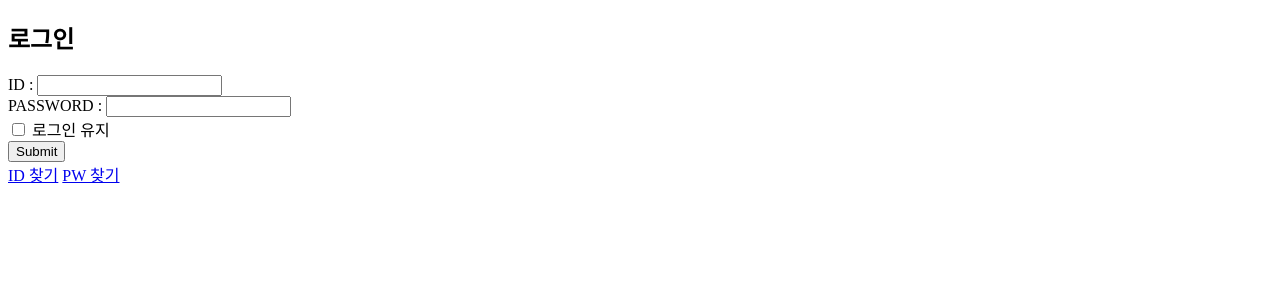
Repository: sanghun-kim-06/SayThat
Page: http://localhost/saythat/signIn
The author's editor kept a copy of each file at every save. The page is drawn from the files as they stood at one save, then again after the next save.
The browser window is 1280 px wide. The pictures show the whole page.
The page is served by Tomcat 9. Other server files are loaded and not shown.

Above is the page before, as saved 2024-04-03 08:17:56.

### saythat/src/main/webapp/WEB-INF/view/signIn.jsp
<%@ page language="java" contentType="text/html; charset=UTF-8"
    pageEncoding="UTF-8"%>
<!DOCTYPE html>
<html>
<head>
<meta charset="UTF-8">
<title>Insert title here</title>
</head>
<body>
<h2>로그인</h2>
<form action="/signIn" method="post" name="frm">
<label id="label1">ID : </label>
<input type="text" id="id" name="id"><br>
<label>PASSWORD : </label>
<input type="password" id="password" name="password"><br>
<input type="checkbox" id="login_keep" name="login_keep">
<label>로그인 유지</label><br>
<input type="submit" onclick="return check()">
</form>
<a href="/findId">ID 찾기</a>
<a href="/findPassword">PW 찾기</a>
<script>
function check(){
	if(document.frm.id.value.trim() == ""){
		document.frm.id.focus();
		alert("아이디를 입력해주세요");
		return false;
	}
	if(document.frm.password.value.trim() == ""){
		document.frm.password.focus();
		alert("비밀번호를 입력해주세요");
		return false;
	}
	return true;
}
</script>
</body>
</html>

### saythat/src/main/java/controller/FrontController.java
package controller;

import java.io.IOException;
import java.io.ObjectInputFilter.Config;
import java.io.PrintWriter;
import java.util.HashMap;

import javax.servlet.RequestDispatcher;
import javax.servlet.ServletConfig;
import javax.servlet.ServletException;
import javax.servlet.annotation.WebServlet;
import javax.servlet.http.HttpServlet;
import javax.servlet.http.HttpServletRequest;
import javax.servlet.http.HttpServletResponse;

import org.json.simple.JSONObject;


/**
 * Servlet implementation class FrontController
 */
public class FrontController extends HttpServlet {
	private static final long serialVersionUID = 1L;
	String charset = null;
	HashMap<String, Controller> list = null;

	private final String prefix = "/WEB-INF/view/";
	private final String postfix = ".jsp";

	@Override
	public void init(ServletConfig config) throws ServletException {
		charset = config.getInitParameter("charset");
		list = new HashMap<String, Controller>();

		list.put("/", new MainController());
		list.put("/signUp", new SignUpController());
		list.put("/signIn", new SignInController());
	}

	@Override
	protected void service(HttpServletRequest req, HttpServletResponse resp) throws ServletException, IOException {
		req.setCharacterEncoding(charset);
		resp.setContentType("application/x-json; charset=UTF-8");

		String url = req.getRequestURI();
		String contextPath = req.getContextPath();
		String path = url.substring(contextPath.length());

		if(path.equals("/userIdCheck")) {
			PrintWriter out = resp.getWriter();
			System.out.println("컨트롤러 실행 전");
			UserIdCheckController u_controller = new UserIdCheckController();
			String id = req.getParameter("id");
			String result = u_controller.excute(req, resp);
			if(result.equals("사용 가능한 ID입니다.")) {
				JSONObject obj = new JSONObject();
				obj.put("result", result);
				out.print(obj);
				out.close();
				return;
			}else {
				JSONObject obj = new JSONObject();
				result = "사용 불가능한 ID입니다.";
				obj.put("result", result);
				out.print(obj);
				out.close();
				return;
			}
		}

		Controller subController = list.get(path);

		if(subController == null) {
			resp.sendRedirect("/");
			return;
		}

		String result = null;
		try {
			result = subController.excute(req, resp);
		}catch (Exception e) {
			e.printStackTrace();
		}

		if(result.indexOf("redirect::") != 0) {
			RequestDispatcher dispatcher = req.getRequestDispatcher(prefix + result + postfix);
			dispatcher.forward(req, resp);
		}else {
			String reUrl = result.substring("redirect::".length());
			resp.sendRedirect(reUrl);
		}
	}



    /**
     * @see HttpServlet#HttpServlet()
     */
    public FrontController() {
        super();
        // TODO Auto-generated constructor stub
    }

	/**
	 * @see HttpServlet#doGet(HttpServletRequest request, HttpServletResponse response)
	 */
	protected void doGet(HttpServletRequest request, HttpServletResponse response) throws ServletException, IOException {
		// TODO Auto-generated method stub
		response.getWriter().append("Served at: ").append(request.getContextPath());
	}

	/**
	 * @see HttpServlet#doPost(HttpServletRequest request, HttpServletResponse response)
	 */
	protected void doPost(HttpServletRequest request, HttpServletResponse response) throws ServletException, IOException {
		// TODO Auto-generated method stub
		doGet(request, response);
	}

}

### saythat/src/main/java/controller/Controller.java
package controller;

import java.io.IOException;

import javax.servlet.ServletException;
import javax.servlet.http.HttpServletRequest;
import javax.servlet.http.HttpServletResponse;

public interface Controller {
	public String excute(HttpServletRequest req, HttpServletResponse resp) throws IOException, ServletException;

}

### saythat/src/main/java/controller/MainController.java
package controller;

import javax.servlet.http.HttpServletRequest;
import javax.servlet.http.HttpServletResponse;

public class MainController implements Controller {
	@Override
	public String excute(HttpServletRequest req, HttpServletResponse resp) {
		return "index";
	}
}

### saythat/src/main/java/controller/SignUpController.java
package controller;

import java.sql.Date;

import javax.servlet.http.HttpServletRequest;
import javax.servlet.http.HttpServletResponse;

import service.SayThatService;
import vo.SignUpVO;

public class SignUpController implements Controller{
	@Override
	public String excute(HttpServletRequest req, HttpServletResponse resp) {
		if(req.getMethod().equals("POST")) {
			SayThatService service = new SayThatService();
			SignUpVO vo = new SignUpVO();
			vo.setId(req.getParameter("id"));
			vo.setPassword(req.getParameter("password"));
			vo.setName(req.getParameter("name"));
			vo.setPhone(req.getParameter("phone"));
			System.out.println(req.getParameter("joindate"));
			vo.setJoindate(Date.valueOf(req.getParameter("joindate")));

			service.signUpInsert(vo);
			req.setAttribute("signUp_ok", "ok");

			return "index";
		}else {
			return "signUp";
		}

	}

}

### saythat/src/main/java/controller/SignInController.java
package controller;

import javax.servlet.http.HttpServletRequest;
import javax.servlet.http.HttpServletResponse;

import service.SayThatService;

public class SignInController implements Controller{
	@Override
	public String excute(HttpServletRequest req, HttpServletResponse resp) {
		if(req.getMethod().equals("POST")) {
			SayThatService service = new SayThatService();
			service.signIn(req, resp);


			return "signIn";
		}else {
			return "signIn";
		}
	}

}

After the next save:
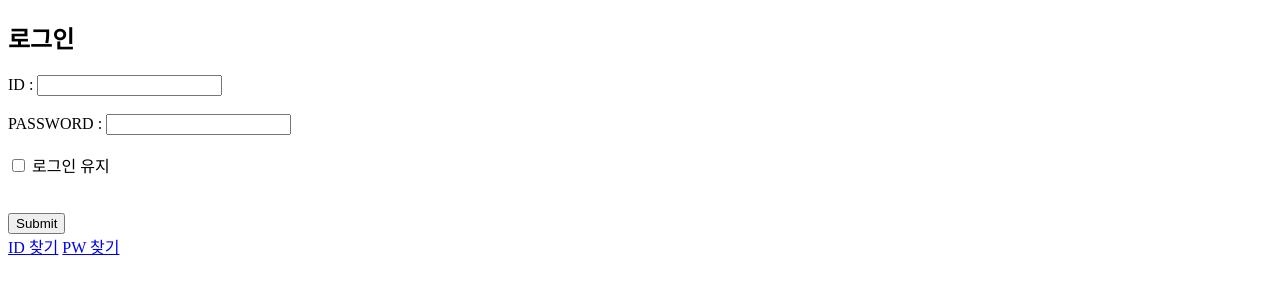
Saved 20 s later.
--- a/saythat/src/main/webapp/WEB-INF/view/signIn.jsp
+++ b/saythat/src/main/webapp/WEB-INF/view/signIn.jsp
@@ -10,11 +10,11 @@
 <h2>로그인</h2>
 <form action="/signIn" method="post" name="frm">
 <label id="label1">ID : </label>
-<input type="text" id="id" name="id"><br>
+<input type="text" id="id" name="id"><br><br>
 <label>PASSWORD : </label>
-<input type="password" id="password" name="password"><br>
+<input type="password" id="password" name="password"><br><br>
 <input type="checkbox" id="login_keep" name="login_keep">
-<label>로그인 유지</label><br>
+<label>로그인 유지</label><br><br><br>
 <input type="submit" onclick="return check()">
 </form>
 <a href="/findId">ID 찾기</a>
